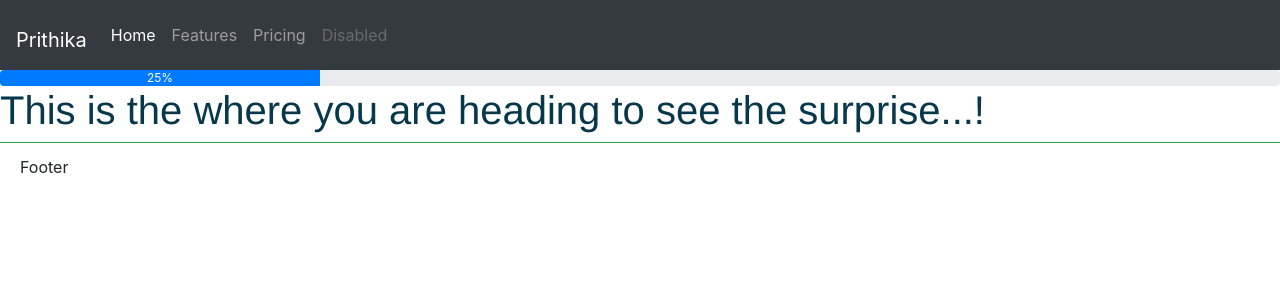
Repository: Imprasna/pritk
Page: index.html
An editor plug-in stored every save of this project. The page is shown before and after the next save, followed by the edit.
The browser window is 1280 px wide. The pictures show the whole page.

Above is the page before, as saved 2021-12-15 14:16:20.

After the next save:
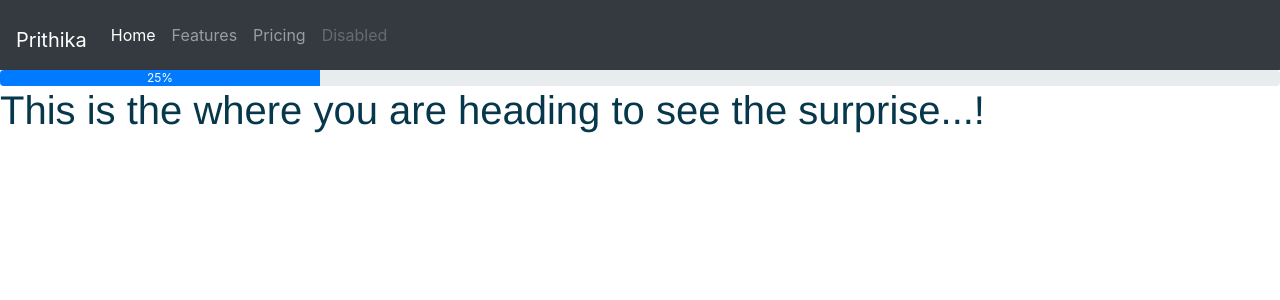
Saved 7 s later.
--- a/index.html
+++ b/index.html
@@ -47,7 +47,7 @@
     </main>
 
     <footer>
-        <div class="card-footer bg-transparent border-success">Footer</div>
+
     </footer>
 
 
